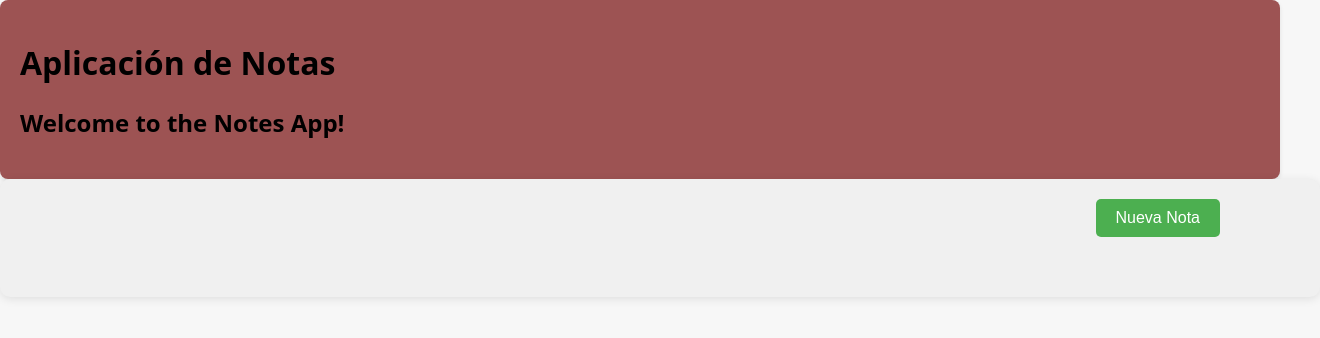
Repository: xunxuno/aplicacion_web_notas
Page: / (app in notas_web_app/)
An editor plug-in stored every save of this project. The page is shown before and after the next save, followed by the edit.
The browser window is 1280 px wide. The page is 1320 px wide, so the pictures cover 1320 px, including what lies to the right of the window. The pictures show the whole page.
The project was rebuilt for these pictures with package versions that can differ from the ones it lists, and the page was loaded fresh each time. Also part of the build but not shown: notas_web_app/vite.config.ts, notas_web_app/src/components/Note.tsx, notas_web_app/src/components/NoteCollection.tsx, notas_web_app/src/components/NoteModal.tsx.

Above is the page before, as saved 2024-10-03 12:28:50.

### notas_web_app/src/main.tsx
import React from 'react';
import ReactDOM from 'react-dom/client'; // Cambiado a ReactDOM para el nuevo root API
import App from './App';
import { NotesProvider } from './contexts/NotesContext';
import './styles.css';

ReactDOM.createRoot(document.getElementById('root')!).render(
  <React.StrictMode>
    <NotesProvider>
      <App />
    </NotesProvider>
  </React.StrictMode>,
);

### notas_web_app/src/App.tsx
// src/App.tsx
import React, { useState, useContext, useEffect } from 'react';
import { NotesProvider, NotesContext } from './contexts/NotesContext';
import NoteCollection from './components/NoteCollection';
import NoteModal from './components/NoteModal';
import './styles.css';
import AppBar from './components/AppBar';
import { DndProvider } from 'react-dnd';
import { HTML5Backend } from 'react-dnd-html5-backend';

interface Note {
  id: string;
  title: string;
  content: string;
  collectionId: string;
}

interface NoteCollectionInterface {
  id: string;
  notes: Note[];
}

const App: React.FC = () => {
  const [isModalOpen, setModalOpen] = useState(false);
  const [activeCollectionId, setActiveCollectionId] = useState<string | null>(null);
  const { state, dispatch } = useContext(NotesContext);

  useEffect(() => {
    console.log("Actualización de colecciones:");
    state.collections.forEach((collection: NoteCollectionInterface) => {
      console.log(`Notas en la colección ${collection.id}:`);
      collection.notes.forEach((n: Note) => {
        console.log(`Nota ID: ${n.id}, Título: ${n.title}, Contenido: ${n.content}`);
      });
    });
  }, [state.collections]);

  const handleAddNote = (note: Omit<Note, 'id'>) => {
    // Usa el ID de colección disponible en el estado
    const collectionIdToUse = state.nextCollectionId.toString();

    // Crea la nota con el ID de colección y luego incrementa el siguiente ID
    dispatch({
      type: 'ADD_NOTE',
      payload: { collectionId: collectionIdToUse, note },
    });

    // Incrementa el ID de colección para la próxima nota
    dispatch({ type: 'INCREMENT_COLLECTION_ID' });

    setModalOpen(false);
  };

  const handleOpenModal = () => {
    if (state.collections.length === 0) {
      setActiveCollectionId(null);
    } else {
      setActiveCollectionId(state.collections[0].id);
    }
    setModalOpen(true);
  };

  return (
    <NotesProvider>
      <DndProvider backend={HTML5Backend}>
        <AppBar />
        <div className="app-container">
          <div className="button-container">
            <button className="add-note-button" onClick={handleOpenModal}>
              Nueva Nota
            </button>
          </div>

          <div className="collections-container">
            {state.collections.map((collection: NoteCollectionInterface) => (
              <NoteCollection
                key={collection.id}
                collection={collection}
                onNoteClick={(noteId) => {
                  console.log("Nota ID:", noteId);
                }}
                onCollectionClick={() => setActiveCollectionId(collection.id)}
                onNoteMove={(noteId, targetCollectionId) => {
                  dispatch({ type: 'MOVE_NOTE', payload: { noteId, targetCollectionId } });
                }}
                onDelete={(noteId) => {
                  dispatch({ type: 'DELETE_NOTE', payload: { noteId } });
                }}
              />
            ))}
          </div>

          {isModalOpen && (
            <NoteModal
              onClose={() => setModalOpen(false)}
              onAddNote={handleAddNote}
              activeCollectionId={activeCollectionId!}
            />
          )}
        </div>
      </DndProvider>
    </NotesProvider>
  );
};

export default App;

### notas_web_app/src/contexts/NotesContext.tsx
import React, { createContext, useReducer, ReactNode } from 'react';

interface Note {
  id: string;
  title: string;
  content: string;
}


interface NoteCollectionInterface {
  id: string; // ID de la colección, generado de manera secuencial
  notes: Note[]; // Lista de notas en la colección
}

interface NotesState {
  collections: NoteCollectionInterface[];
  nextNoteId: number; // Para los IDs de las notas
  nextCollectionId: number; // Para los IDs de las colecciones
}



interface AddNoteAction {
  type: 'ADD_NOTE';
  payload: {
    collectionId: string;
    note: Note;
  };
}

interface DeleteNoteAction {
  type: 'DELETE_NOTE';
  payload: {
    collectionId: string;
    noteId: string;
  };
}

interface MoveNoteAction {
  type: 'MOVE_NOTE';
  payload: {
    noteId: string;
    targetCollectionId: string;
  };
}
type NotesAction = AddNoteAction | DeleteNoteAction | MoveNoteAction;

const initialState: NotesState = {
  collections: [],
  nextNoteId: 1, // Empieza desde 1 para el ID de notas
  nextCollectionId: 1, // Empieza desde 1 para el ID de colecciones
};



const NotesContext = createContext<any>(null);

// Reducer para manejar las acciones
const notesReducer = (state: NotesState, action: NotesAction): NotesState => {
  switch (action.type) {
    case 'ADD_NOTE':
      const newNoteId = state.nextNoteId; // ID de la nueva nota
      const collectionId = action.payload.collectionId || state.nextCollectionId.toString();

      // Verificar si la colección ya existe
      const collectionExists = state.collections.some(collection => collection.id === collectionId);

      const updatedCollections = collectionExists
        ? state.collections.map(collection => {
            if (collection.id === collectionId) {
              const newNote = {
                ...action.payload.note,
                id: newNoteId.toString(), // Asigna el nuevo ID a la nota
              };
              return {
                ...collection,
                notes: [...collection.notes, newNote],
              };
            }
            return collection;
          })
        : [
            ...state.collections,
            {
              id: state.nextCollectionId.toString(), // Crea una nueva colección con ID secuencial
              notes: [
                {
                  ...action.payload.note,
                  id: newNoteId.toString(), // Asigna el nuevo ID a la nota
                  collectionId: state.nextCollectionId.toString(), // Asigna el ID de colección a la nota
                },
              ],
            },
          ];

      return {
        ...state,
        collections: updatedCollections,
        nextNoteId: state.nextNoteId + 1, // Incrementa el ID de la nota
        nextCollectionId: state.nextCollectionId + 1, // Incrementa el ID de la colección para la próxima
      };
    case 'DELETE_NOTE':
      return {
        ...state,
        collections: state.collections.map(collection => ({
          ...collection,
          notes: collection.notes.filter(note => note.id !== action.payload.noteId),
        })),
      };
      case 'MOVE_NOTE': {
        const { noteId, targetCollectionId } = action.payload;

        const sourceCollection = state.collections.find((collection) =>
          collection.notes.find((note) => note.id === noteId)
        );

        if (sourceCollection) {
          // Remover la nota de la colección de origen
          sourceCollection.notes = sourceCollection.notes.filter((note) => note.id !== noteId);

          // Agregar la nota a la colección de destino
          const targetCollection = state.collections.find(
            (collection) => collection.id === targetCollectionId
          );

          if (targetCollection) {
            const noteToMove = sourceCollection.notes.find((note) => note.id === noteId);
            if (noteToMove) {
              targetCollection.notes.push(noteToMove);
            }
          }
        }
        return { ...state, collections: [...state.collections] };
      }
      default:
        return state;
  }
};


// Proveedor del contexto con soporte para 'children'
interface NotesProviderProps {
  children: ReactNode; // Definir el tipo de la prop 'children'
}

const NotesProvider: React.FC<NotesProviderProps> = ({ children }) => {
  const [state, dispatch] = useReducer(notesReducer, initialState);

  return (
    <NotesContext.Provider value={{ state, dispatch }}>
      {children}
    </NotesContext.Provider>
  );
};

export { NotesContext, NotesProvider, notesReducer };

### notas_web_app/src/styles.css
body {
    font-family: 'Noto Sans', sans-serif;
    background-color: #f7f7f7;
    margin: 0;
    padding: 0;
    color: #000;
  }


/* Estilo para el contenedor principal de la aplicación */
.app-container {
  width: 100%; /* Ancho máximo */
  margin: 0 auto; /* Centrar el contenedor */
  padding: 20px; /* Espaciado interno */
  background-color: #f0f0f0; /* Color de fondo claro */
  border-radius: 10px; /* Bordes redondeados */
  box-shadow: 0 2px 10px rgba(0, 0, 0, 0.1); /* Sombra sutil */
}

/* Estilo para el botón de agregar nota */
.add-note-button {
  background-color: #4CAF50; /* Color de fondo verde */
  color: white; /* Color del texto */
  padding: 10px 20px; /* Espaciado interno */
  border: none; /* Sin borde */
  border-radius: 5px; /* Bordes redondeados */
  cursor: pointer; /* Cambia el cursor al pasar sobre el botón */
  margin-bottom: 20px; /* Espacio debajo del botón */
  font-size: 16px; /* Tamaño de fuente */
  transition: background-color 0.3s; /* Transición para el color de fondo */
  /* Ajustes para centrar el botón */
  margin-left: auto; /* Empuja el botón a la derecha */
  margin-right: 60px; /* Margen a la derecha para no pegarse al borde */
}


/* Efecto hover para el botón de agregar nota */
.add-note-button:hover {
  background-color: #45a049; /* Color de fondo más oscuro al pasar el mouse */
}

.collection-container {
  display: grid; /* Usar grid para organizar las notas */
  grid-template-columns: repeat(4, 1fr); /* 4 columnas */
  gap: 20px; /* Espacio entre notas */
}

/* Estilo para el contenedor de cada colección */
.collection {
  padding: 10px;
  background-color: #f0f0f0;
  margin-bottom: 20px;
  border-radius: 5px; /* Bordes redondeados para la colección */
  display: inline-block; /* Cambiado de block a inline-block para que solo ocupe el ancho necesario */
  width: auto; /* Permitir que el ancho se ajuste al contenido */
}

.button-container {
  display: flex; /* Usar flexbox para alinear los elementos */
  justify-content: flex-end; /* Alinear los elementos al final (derecha) */
  margin-bottom: 20px; /* Margen inferior para separar del siguiente elemento */
  padding: 0 20px; /* Espaciado interno a la izquierda y derecha */
  /* Esto asegura que el botón no se salga del borde */
}



.note {
  width: 200px; /* Ancho fijo de la nota */
  height: 150px; /* Alto fijo de la nota */
  margin-left: 20px;
  padding: 15px; /* Espaciado interno */
  border: 1px solid #ccc; /* Color de borde gris claro */
  border-radius: 5px; /* Bordes redondeados */
  background-color: #fffbcc; /* Color de fondo amarillo claro */
  box-shadow: 0 2px 5px rgba(0, 0, 0, 0.1); /* Sombra ligera */
  display: flex; /* Flexbox para permitir contenido interno */
  flex-direction: column; /* Organizar el contenido en columnas */
  justify-content: space-between; /* Espaciado entre elementos internos */
  overflow: hidden; /* Ocultar el contenido que se desborda */
}


/* Estilo para el título de la nota */
.note-title {
  font-weight: bold; /* Hacer el título más grueso */
  margin-bottom: 10px; /* Espacio debajo del título */
  font-size: 18px; /* Tamaño de fuente del título */
}

/* Estilo para el contenido de la nota */
.note-content {
  flex-grow: 1; /* Permitir que el contenido ocupe el espacio disponible */
  font-size: 14px; /* Tamaño de fuente del contenido */
  overflow: auto; /* Permitir desplazamiento si hay mucho texto */
  max-height: 100px; /* Ajusta la altura máxima según sea necesario */
  overflow-wrap: break-word; /* Permitir que las palabras largas se dividan */
  word-wrap: break-word; /* Compatibilidad con navegadores más antiguos */
  white-space: normal; /* Permitir que el texto use varias líneas */
}

/* Estilo para el botón de eliminar */
.delete-button {
  background-color: #ff4d4d; /* Color de fondo rojo */
  color: white; /* Color del texto */
  border: none; /* Sin borde */
  border-radius: 5px; /* Bordes redondeados */
  cursor: pointer; /* Cambia el cursor al pasar sobre el botón */
  padding: 5px 10px; /* Espaciado interno */
  font-size: 14px; /* Tamaño de fuente */
}


/* Estilo para el fondo del modal */
.modal-background {
  position: fixed; /* Fijar el fondo para cubrir toda la pantalla */
  top: 0;
  left: 0;
  width: 100%; /* Ancho completo */
  height: 100%; /* Altura completa */
  background-color: rgba(0, 0, 0, 0.5); /* Fondo oscuro con opacidad */
  display: flex; /* Usar flexbox para centrar el contenido */
  justify-content: center; /* Centrar horizontalmente */
  align-items: center; /* Centrar verticalmente */
  z-index: 1000; /* Asegurar que el modal esté por encima de otros elementos */
}

/* Estilo para el contenedor del modal */
.modal-content {
  position: fixed; /* Mantiene el modal en una posición fija */
  top: 50%; /* Centra verticalmente */
  left: 50%; /* Centra horizontalmente */
  transform: translate(-50%, -50%); /* Ajusta para centrar completamente */
  background-color: #fff; /* Color de fondo blanco */
  padding: 20px; /* Espaciado interno */
  border-radius: 10px; /* Bordes redondeados */
  box-shadow: 0 2px 10px rgba(0, 0, 0, 0.2); /* Sombra */
  z-index: 1000; /* Asegura que esté por encima de otros elementos */
}

/* Estilo para los inputs del modal */
.modal-content input,
.modal-content textarea {
  width: 100%; /* Ancho completo */
  padding: 10px; /* Espaciado interno */
  margin: 10px 0; /* Margen superior e inferior */
  border: 1px solid #ccc; /* Borde gris claro */
  border-radius: 5px; /* Bordes redondeados */
  box-sizing: border-box; /* Asegura que el padding no aumente el tamaño total */
}

/* Estilo para los botones del modal */
.modal-content button {
  background-color: #4CAF50; /* Color de fondo verde */
  color: white; /* Color del texto */
  padding: 10px 15px; /* Espaciado interno */
  border: none; /* Sin borde */
  border-radius: 5px; /* Bordes redondeados */
  cursor: pointer; /* Cambia el cursor al pasar sobre el botón */
  margin-right: 10px; /* Espacio entre botones */
  transition: background-color 0.3s; /* Transición para el color de fondo */
}

.modal-content button:hover {
  background-color: #45a049; /* Color más oscuro al pasar el mouse */
}
/* Estilo para el botón de cancelar en el modal */
.modal-content .cancel-button {
  background-color: #f44336; /* Color de fondo rojo */
  color: white; /* Color del texto */
  padding: 10px 15px; /* Espaciado interno */
  border: none; /* Sin borde */
  border-radius: 5px; /* Bordes redondeados */
  cursor: pointer; /* Cambia el cursor al pasar sobre el botón */
  margin-right: 10px; /* Espacio entre botones */
  transition: background-color 0.3s; /* Transición para el color de fondo */
}

.modal-content .cancel-button:hover {
  background-color: #d32f2f; /* Color más oscuro al pasar el mouse */
}

@media (max-width: 768px) {
  .collection-container {
    grid-template-columns: repeat(2, 1fr);
  }
}

/* Para pantallas muy pequeñas, 1 columna */
@media (max-width: 480px) {
  .collection-container {
    grid-template-columns: 1fr;
  }
}

### notas_web_app/src/components/AppBar.tsx
// AppBar.tsx
import React from 'react';

const AppBar: React.FC = () => {
  const appBarStyle = {
    backgroundColor: '#9D5353', // Color pastel
    borderRadius: '8px',
    margin: '0',
    padding: '20px',
    boxShadow: '0 2px 4px rgba(0, 0, 0, 0.1)', // Agregar sombra para mayor profundidad
  };

  return (
    <div style={appBarStyle}>
      <h1>Aplicación de Notas</h1>
      <h2>Welcome to the Notes App!</h2>
    </div>
  );
};

export default AppBar;

Loaded but not shown: notas_web_app/index.html (common file)

After the next save:
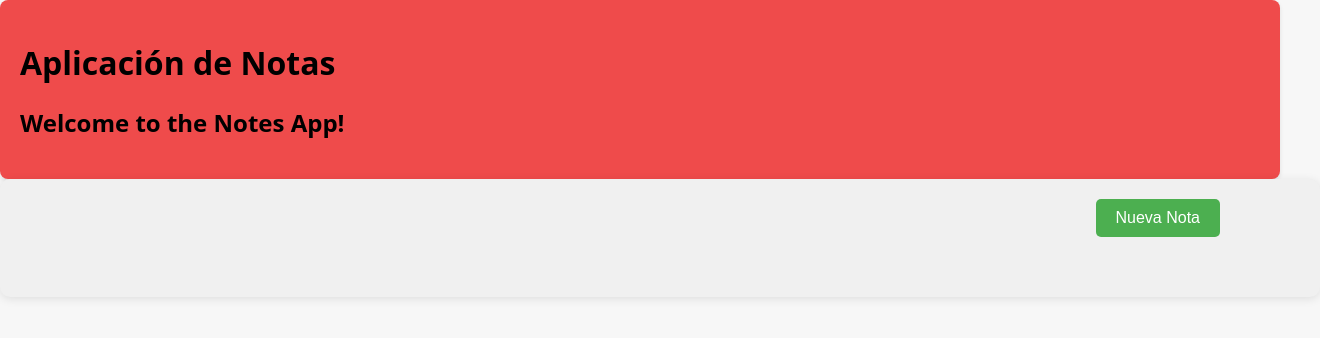
Saved 2 min 6 s later.
--- a/notas_web_app/src/components/AppBar.tsx
+++ b/notas_web_app/src/components/AppBar.tsx
@@ -3,7 +3,7 @@ import React from 'react';
 
 const AppBar: React.FC = () => {
   const appBarStyle = {
-    backgroundColor: '#9D5353', // Color pastel
+    backgroundColor: '#EF4B4B', // Color pastel
     borderRadius: '8px',
     margin: '0',
     padding: '20px',
